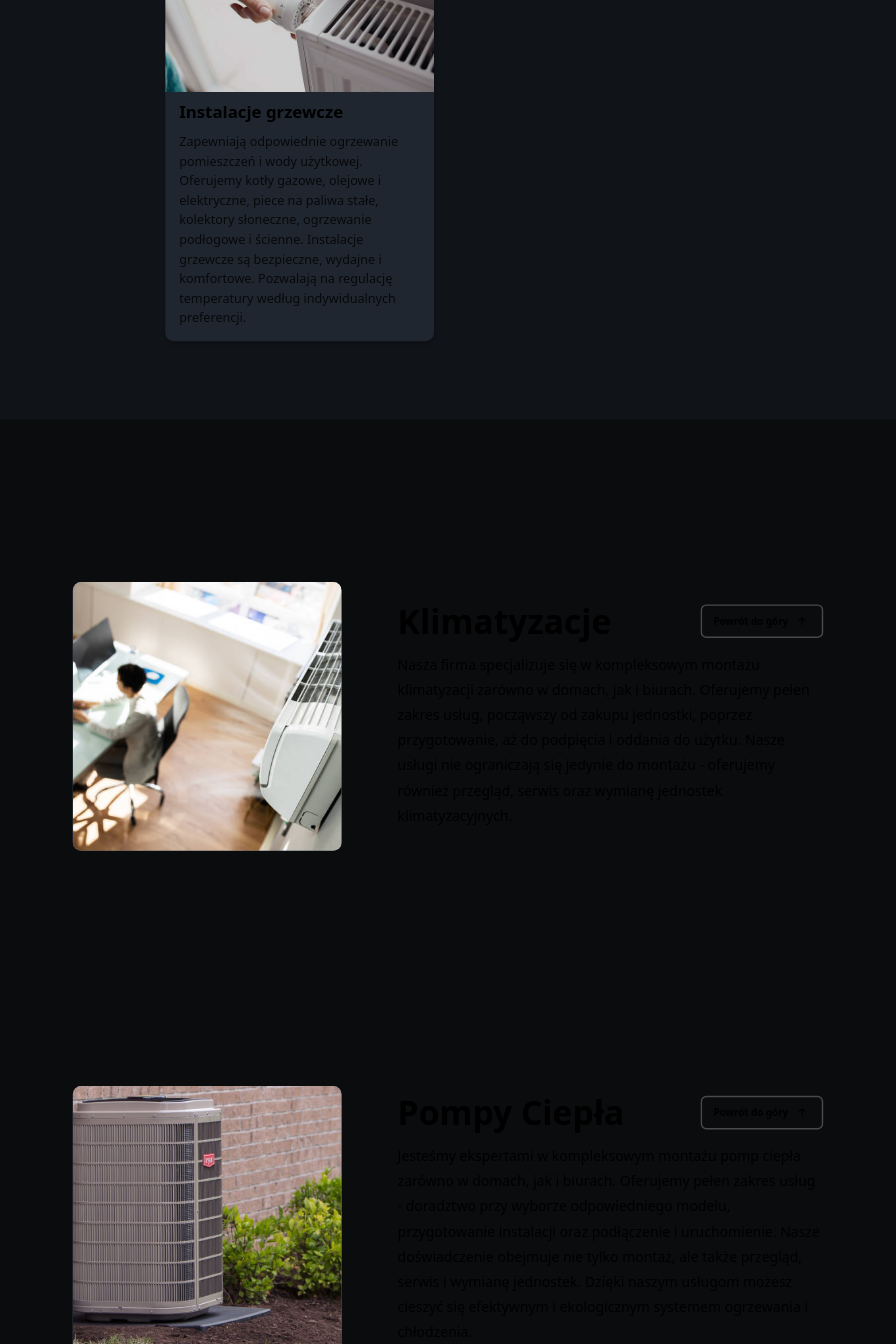
Repository: piotrokrutniak/Fast-CompanyWebsite
Page: /oferta
These files come from the project's save history. The page is drawn as it stood at one moment and after the next save; the edit follows.
The browser window is 1280 px wide. The pictures show the part of the page from y = 1039 to 2959 px (the page is 4530 px tall before and 4306 px after), at 70% of full size.
The project was rebuilt for these pictures with package versions that can differ from the ones it lists, and the page was loaded fresh each time. The framework's server and built-in components were replaced by stand-ins that run in the browser. Also part of the build but not shown: next.config.js.

Above is the page before, as saved 2023-10-22 16:05:11.

### src/app/layout.js
import FootBar from './components/footbar/footbar'
import Navbar from './components/navbar/navbar'
import QuickContact from './components/quickContact'
import './globals.css'
import { Inter } from 'next/font/google'

const inter = Inter({ subsets: ['latin'] })

export const metadata = {
  title: 'Fast - Klimatyzacje Kraków',
  description: 'F.U.H. Fast Jacek Stawowy - Klimatyzacje Kraków-Niepołomice',
}

export default function RootLayout({ children }) {
  return (
    <html lang="pl" className="!scroll-smooth">
      <body className='bg-black min-w-mobile overflow-x-clip'>
        <div className='bg-slate-500/10 min-h-screen relative'>
          <Navbar/>
          {children}
          <QuickContact/>
          <FootBar/>
        </div>
      </body>
    </html>
  )
}

### src/app/(pages)/oferta/page.js
import Image from "next/image"
import img1 from "../../media/img/air-conditioning.jpg"
import img2 from "../../media/img/heat-pump-2.jpg"
import img3 from "../../media/img/heating.jpg"
import SimplePanel from "@/app/components/common/simplePanel"
import Link from "next/link"
import ButtonBase from "@/app/components/common/buttonBase"
import { BsArrowUpShort } from "react-icons/bs"

export default function Oferta(){
    return(
        <main className="min-h-screen">
            <section id="oferty" className="m-auto">
                <div className="sm:p-16 max-w-7xl m-auto p-5">
                    <h1 className="mb-5 pb-5 text-4xl font-semibold border-b-2 border-slate-600/30"> Nasza oferta </h1>
                    <h3 className="text-lg sm:text-2xl font-normal leading-relaxed"> W naszej ofercie znajdziecie państwo usługi z zakresu hydrauliki i instalacji sanitarnych a także zakresu klimatyzacji i wentylacji.</h3>
                </div>

                <div className="bg-slate-600/10 lg:py-28 p-2 py-10">
                    <div className="w-fit grid lg:grid-cols-2 2xl:grid-cols-3 max-w-7xl m-auto gap-10 lg:gap-10 items-stretch">
                        <Card scrollTo="#klimatyzacja" image={img1} title="Klimatyzacje" desc="Zapewniają optymalną temperaturę i wilgotność powietrza, poprawiają jakość powietrza i komfort termiczny."/>
                        <Card scrollTo="#pompy" image={img2} title="Pompy Ciepła" desc="Wykorzystują odnawialne źródła energii do ogrzewania i chłodzenia pomieszczeń oraz podgrzewania wody użytkowej."/>
                        <Card scrollTo="#ogrzewanie" image={img3} title="Instalacje grzewcze" desc="Zapewniają odpowiednie ogrzewanie pomieszczeń i wody użytkowej. Oferujemy kotły gazowe, olejowe i elektryczne, piece na paliwa stałe, kolektory słoneczne, ogrzewanie podłogowe i ścienne. Instalacje grzewcze są bezpieczne, wydajne i komfortowe. Pozwalają na regulację temperatury według indywidualnych preferencji."/>
                    </div>
                </div>
            </section>
            <section id="informacje" className="max-w-7xl m-auto sm:p-16">
                <SimplePanel button={<ScrollTopButton/>} id="klimatyzacja" title="Klimatyzacje" desc="Nasza firma specjalizuje się w kompleksowym montażu klimatyzacji zarówno w domach, jak i biurach. Oferujemy pełen zakres usług, począwszy od zakupu jednostki, poprzez przygotowanie, aż do podpięcia i oddania do użytku. Nasze usługi nie ograniczają się jedynie do montażu - oferujemy również przegląd, serwis oraz wymianę jednostek klimatyzacyjnych." img={img1}/>
                <SimplePanel button={<ScrollTopButton/>} id="pompy" title="Pompy Ciepła" desc="Jesteśmy ekspertami w kompleksowym montażu pomp ciepła zarówno w domach, jak i biurach. Oferujemy pełen zakres usług - doradztwo przy wyborze odpowiedniego modelu, przygotowanie instalacji oraz podłączenie i uruchomienie. Nasze doświadczenie obejmuje nie tylko montaż, ale także przegląd, serwis i wymianę jednostek. Dzięki naszym usługom możesz cieszyć się efektywnym i ekologicznym systemem ogrzewania i chłodzenia." img={img2}/>
                <SimplePanel button={<ScrollTopButton/>} id="ogrzewanie" title="Ogrzewanie Centralne" desc="Posiadamy wieloletnie doświadczenie w kompleksowym montażu systemów ogrzewania centralnego, zarówno w domach, jak i budynkach komercyjnych. Nasza firma jest doskonale zaznajomiona z branżą i oferuje pełen zakres usług - doradztwo przy wyborze odpowiedniego systemu, projektowanie instalacji, montaż oraz uruchomienie. Nie ograniczamy się tylko do instalacji - zapewniamy również przegląd, serwis oraz modernizację istniejących systemów. Dzięki naszym usługom możesz mieć pewność, że Twój system ogrzewania centralnego będzie efektywny i zapewni Ci komfort przez wiele lat." img={img3}/>
            </section>
        </main>
    )
}

function Card({...props}){
    return(

        <div className="lg:w-96 bg-slate-600/30 hover:bg-slate-600/50 rounded-xl min-w-fit flex flex-col overflow-hidden shadow-md lg:hover:-translate-y-4 shadow-black/20 transition-all">
            <Link href={props.scrollTo}>
                <div className="lg:h-64 h-screen-1/2 w-full bg-black/20 relative cursor-pointer">
                    <Image src={props.image} layout='fill' objectFit='cover' className='z-0 opacity-80'/>
                </div>
            </Link>
            <div className="px-5 py-3 text-2xl font-semibold">{props.title ?? "Title" }</div>
            <div className="px-5 pb-5 text-lg opacity-80">{props.desc ?? "Description" }</div>
        </div>
    )
}

function ScrollTopButton(){
    return(
        <Link href="#">
            <ButtonBase text="Powrót do góry" color="black" icon={<BsArrowUpShort className="w-6 h-6"/>} className="px-2 h-12 border-solid border-2 border-white/25 hover:border-white w-fit"/>
        </Link>
    )
}

### src/app/components/footbar/footbar.js
import Link from "next/link";

export default function FootBar(){
    return(
        <footer className="bg-slate-500/5 mt-20">
            <div className="max-w-7xl w-full max-sm:px-5 p-10 flex gap-8 sm:gap-20 m-auto">
                <div className="flex flex-col gap-3">
                    <h1 className="font-bold text-2xl md:text-3xl">Jacek Stawowy</h1>
                    <h2 className="font-semibold text-xl">Kraków</h2>
                    <h2 className="font-thin text-xl">NIP: 6791924300</h2>
                </div>

                <div className="flex flex-col gap-3">
                    <h1 className="font-bold text-2xl md:text-3xl">Kontakt</h1>
                    <h2 className="font-thin text-xl">Telefon:
                    <Link href={"tel:+48 509 012 407"} className="cursor-pointer hover:text-emerald-200">
                        <p className="whitespace-nowrap">
                            +48 509 012 407
                        </p>
                    </Link>
                    </h2>
                    <h2 className="font-thin text-xl">Email:
                    <Link href={"email:fast@firma.pl"} className="cursor-pointer hover:text-emerald-200">
                        <p className="whitespace-nowrap">
                            fast@firma.pl
                        </p>
                    </Link>
                    </h2>
                    <h2 className="font-thin text-xl">Pon-Pt 8.00-19.00</h2>
                </div>
            </div>
            <div className="bg-black flex p-10 ">
                <div className="xs:m-auto w-fit">
                    © Piotr Okrutniak 2022
                </div>
            </div>
        </footer>
    )
}

### src/app/components/navbar/navbar.js
"use client";
import { useState } from "react";
import ButtonBase from "../common/buttonBase";
import AcLogo from "../icons/ac";
import {BsList, BsXLg} from "react-icons/bs";
import Link from "next/link";

export default function Navbar(){
    const [mobileOpen, setMobileOpen] = useState(false)

    return(
        <nav className="sticky bg-black top-0 w-full py-3 px-5 sm:px-3  z-50">
            <div className="flex justify-between mx-auto max-w-7xl h-auto align-middle">
                <Link href="/">
                    <div className="text-white text-4xl font-bold hover:cursor-pointer flex gap-2 align-middle
                        hover:text-emerald-200 hover:fill-emerald-200 fill-white active:opacity-90 transition-all">
                        <AcLogo className="h-10 w-10 top-px relative"/>
                        FAST
                    </div>
                </Link>
                <div className="align-middle gap-5 text-black transition-all ease-in hidden sm:flex">
                    <Link href="/oferta">
                        <ButtonBase text="Oferta" color="bg-transparent" className="hover:bg-slate-400/25 text-white"  onClick={() => setMobileOpen(false)}/>
                    </Link>
                    <Link href="/kontakt">
                        <ButtonBase text="Kontakt" color="bg-transparent" className="hover:bg-slate-400/25 text-white"  onClick={() => setMobileOpen(false)}/>
                    </Link>
                    <Link href="/realizacje">
                        <ButtonBase text="Realizacje" color="bg-transparent" className="hover:bg-slate-400/25 text-white"  onClick={() => setMobileOpen(false)}/>
                    </Link>
                </div>
                <div className=" sm:hidden flex">
                    <BsList className="h-12 w-12 cursor-pointer hover:fill-emerald-200 active:opacity-90" onClick={() => setMobileOpen(true)}/>
                </div>
            </div>

            <div className={`${mobileOpen ? "" : "translate-x-full"} absolute w-screen h-screen bg-black left-0 top-0 sm:hidden transition-all`}>
                <div id="mobile-header" className="flex p-3 cursor-pointer" onClick={() => setMobileOpen(false)}>
                    <BsXLg className="w-14 h-14 p-2 hover:fill-emerald-200 active:opacity-70 absolute right-4"/>
                </div>
                <div id="mobile-list" className="flex flex-col w-full gap-8 justify-center text-xl px-5 py-32">
                    <Link href="/kontakt" onClick={() => setMobileOpen(false)}>
                        <ButtonBase text="Kontakt" className="w-full py-6 px-10 bg-gradient-to-br hover:from-sky-500 hover:to-emerald-200 self-center" color="bg-slate-500/25"/>
                    </Link>
                    <Link href="/oferta" onClick={() => setMobileOpen(false)}>
                        <ButtonBase text="Oferta" className="w-full py-6 px-10 bg-gradient-to-br hover:from-sky-500 hover:to-emerald-200 self-center" color="bg-slate-500/25"/>
                    </Link>
                    <Link href="/realizacje" onClick={() => setMobileOpen(false)}>
                        <ButtonBase text="Realizacje" className="w-full py-6 px-10 bg-gradient-to-br hover:from-sky-500 hover:to-emerald-200 self-center" color="bg-slate-500/25"/>
                    </Link>
                    <Link href="/" onClick={() => setMobileOpen(false)}>
                        <ButtonBase text="Strona Główna" className="w-full py-6 px-10 bg-gradient-to-br hover:from-sky-500 hover:to-emerald-200 self-center" color="bg-slate-500/25"/>
                    </Link>
                </div>
                <div className="p-10 justify-self-center w-full text-center bottom-0 absolute">
                    © Piotr Okrutniak 2022
                </div>
            </div>
        </nav>
    )
}

### src/app/components/quickContact.js
"use client";

import Link from "next/link";
import { useState } from "react"
import {BsChevronDoubleRight, BsPhone} from "react-icons/bs"

export default function QuickContact(){
    const [folded, setFolded] = useState(true)

    function Transition(){
        setFolded((old) => !old)
    }

    return(
        <div className="bg-gradient-to-br from-sky-500 to-emerald-200 rounded-xl w-fit sm:p-5 p-3 text-base
            font-normal shadow-md shadow-black/50 fixed right-5 bottom-5 flex items-center gap-4 transition-all ease-in-out whitespace-nowrap">
            <BsChevronDoubleRight className={`${folded ? "rotate-180" : "rotate-0"} transition-all ease-in h-8 w-8 cursor-pointer active:opacity-60 select-none`}
                onClick={() => Transition()}/>
            <div className="flex gap-2">
                <p className={`${folded ? "w-0" : "w-72 max-sm:w-44"} overflow-hidden transition-all ease-in flex max-sm:flex-col`}><p>Skontaktuj się z nami:</p> <Link href={"tel:+48 509 012 407"} className="cursor-pointer">+48 509 012 407</Link></p>
                <BsPhone className="h-7 w-7 animate-bounce self-center"/>
            </div>
        </div>
    )
}

### src/app/globals.css
@import 'tailwindcss/base';
@import 'tailwindcss/components';
@import 'tailwindcss/utilities';

:root {

}

@media (prefers-color-scheme: dark) {
  :root {
    --foreground-rgb: 255, 255, 255;
    scroll-behavior: smooth;
  }
}

body {
  color: rgb(var(--foreground-rgb));
  background: linear-gradient(
      to bottom,
      transparent,
      rgb(var(--background-end-rgb))
    )
    rgb(var(--background-start-rgb));
}

@layer base {
  html {
    scroll-behavior: smooth;
  }
}

### src/app/components/common/simplePanel.js
import Image from "next/image";
import ButtonBase from "./buttonBase";


export default function SimplePanel({...props}){
    return(
        <section id={props.id} className="z-10 w-full items-center justify-between text-sm lg:flex p-10 max-xs:p-5">
            <div className='max-w-7xl m-auto flex gap-20 py-10 sm:py-32 align-middle h-full max-md:flex-col-reverse max-lg:gap-10'>
            <div className='w-96 h-64 sm:h-96 shrink-0 bg-slate-500 rounded-xl relative self-center max-md:w-full overflow-clip'>
                <Image src={props.img} layout='fill' objectFit='cover'/>
            </div>
            <div className='relative self-center w-full'>
                <div className='flex justify-between gap-5 max-lg:flex-col mb-5'>
                <h1 className='text-5xl font-semibold max-sm:text-3xl'>{props.title ?? "Title"}</h1>
                    {props.button ?? ""}
                </div>
                <h2 className='text-xl font-thin leading-9 max-sm:text-lg'>{props.desc ?? "Description"}</h2>
            </div>
            </div>
        </section>
    )
}

### src/app/components/common/buttonBase.js
export default function ButtonBase({...props}){
    return(
        <button className={`${props.className} ${props.color ?? "bg-sky-500"} py-3 px-4 rounded-lg font-semibold active:opacity-80 flex items-center gap-2 whitespace-nowrap transition-all`}
            onClick={props.onClick}>
            {props.text} {props.icon ?? ""}
        </button>
    )
}

### src/app/components/icons/ac.js
export default function AcLogo({...props}){
    return(
        <svg
            xmlns="http://www.w3.org/2000/svg"
            xmlSpace="preserve"
            width={800}
            height={800}
            viewBox="0 0 507.802 507.802"
            {...props}
        >
            <path d="M465.7 47.901H42.3c-23.3 0-42.3 18.9-42.3 42.3v313.3c0 23.3 19 42.3 42.3 42.3h16.1c0 7.8 6.3 14.1 14.1 14.1H139c7.8 0 14.1-6.3 14.1-14.1h201.6c0 7.8 6.3 14.1 14.1 14.1h66.5c7.8 0 14.1-6.3 14.1-14.1h16.1c23.3 0 42.3-19 42.3-42.3v-313.3c.2-23.4-18.8-42.3-42.1-42.3zm0 369.7H42.3c-7.8 0-14.1-6.3-14.1-14.1v-313.3c0-7.8 6.3-14.1 14.1-14.1h423.3c7.8 0 14.1 6.3 14.1 14.1v313.3h.1c0 7.8-6.3 14.1-14.1 14.1z" />
            <path d="M435.6 107.801H391c-7.8 0-14.1 6.3-14.1 14.1s6.3 14.1 14.1 14.1h44.6c7.8 0 14.1-6.3 14.1-14.1s-6.3-14.1-14.1-14.1zM435.6 161.601H391c-7.8 0-14.1 6.3-14.1 14.1s6.3 14.1 14.1 14.1h44.6c7.8 0 14.1-6.3 14.1-14.1s-6.3-14.1-14.1-14.1zM435.6 215.301H391c-7.8 0-14.1 6.3-14.1 14.1s6.3 14.1 14.1 14.1h44.6c7.8 0 14.1-6.3 14.1-14.1s-6.3-14.1-14.1-14.1zM435.6 269.101H391c-7.8 0-14.1 6.3-14.1 14.1s6.3 14.1 14.1 14.1h44.6c7.8 0 14.1-6.3 14.1-14.1s-6.3-14.1-14.1-14.1zM198.3 99.701c-81.1 0-147.1 66-147.1 147.1s66 147.1 147.1 147.1 147.1-66 147.1-147.1-66-147.1-147.1-147.1zm-80.9 233.9c-2-1.9-3.9-3.8-5.8-5.8h5.8v5.8zm0-34H92c-5.9-11.9-10-24.9-11.6-38.6h37v38.6zm0-66.9h-37c1.6-13.7 5.6-26.7 11.6-38.6h25.4v38.6zm0-66.8h-5.8c1.9-2 3.8-3.9 5.8-5.8v5.8zm66.8 198.9c-13.7-1.6-26.7-5.7-38.6-11.6v-25.4h38.6v37zm0-65.2h-38.6v-38.6h38.6v38.6zm0-66.9h-38.6v-38.6h38.6v38.6zm0-66.8h-38.6v-25.4c11.9-5.9 24.9-10 38.6-11.6v37zm95.1-5.8c2 1.9 3.9 3.8 5.8 5.8h-5.8v-5.8zm0 34h25.4c5.9 11.9 10 24.9 11.6 38.6h-37v-38.6zm-28.2 159.1c-11.9 5.9-24.9 10-38.6 11.6v-37h38.6v25.4zm0-53.6h-38.6v-38.6h38.6v38.6zm0-66.9h-38.6v-38.6h38.6v38.6zm0-66.8h-38.6v-37c13.7 1.6 26.7 5.7 38.6 11.6v25.4zm28.2 167.7v-5.8h5.8c-1.9 2-3.8 4-5.8 5.8zm0-34v-38.6h37c-1.6 13.7-5.7 26.7-11.6 38.6h-25.4z" />
        </svg>
    )
}

### tailwind.config.js
/** @type {import('tailwindcss').Config} */
module.exports = {
  mode: 'jit',
  content: [
    './src/pages/**/*.{js,ts,jsx,tsx,mdx}',
    './src/components/**/*.{js,ts,jsx,tsx,mdx}',
    './src/app/**/*.{js,ts,jsx,tsx,mdx}',
  ],
  theme: {
    extend: {
      backgroundImage: {
        'gradient-radial': 'radial-gradient(var(--tw-gradient-stops))',
        'gradient-conic':
          'conic-gradient(from 180deg at 50% 50%, var(--tw-gradient-stops))',
      },
      height:{
        'screen-1/2': '50vh',
        'screen-1/4': '25vh',
        'screen-3/4': '75vh',
        'screen-3/5': '60vh',
        'screen-2/3': '66vh',
        'screen-1/3': '33vh',
        '112': '28rem',
        '128': '32rem',
      },
      minHeight:{
        'screen-1/2': '50vh',
        'screen-1/4': '25vh',
        'screen-3/4': '75vh',
        'screen-2/3': '66vh',
        'screen-1/3': '33vh',
        '112': '28rem',
        '128': '32rem',
      },
      width:{
        '112': '28rem',
        '128': '32rem',
      },
      colors:{
        "emerald":{
          "50": "#b0fde8",
          "100": "#60FBD2",
          "200": "#24F9C1",
          "400": "#06EFB1",
          "500": "#06d6a0",
        }
      },
      minWidth:{
        'mobile': '360px',
        '54': '258px',
      },
      screens:{
        'xs': '580px',
        '850': '850px',
      },
    },
  },
  plugins: [],
}

After the next save:
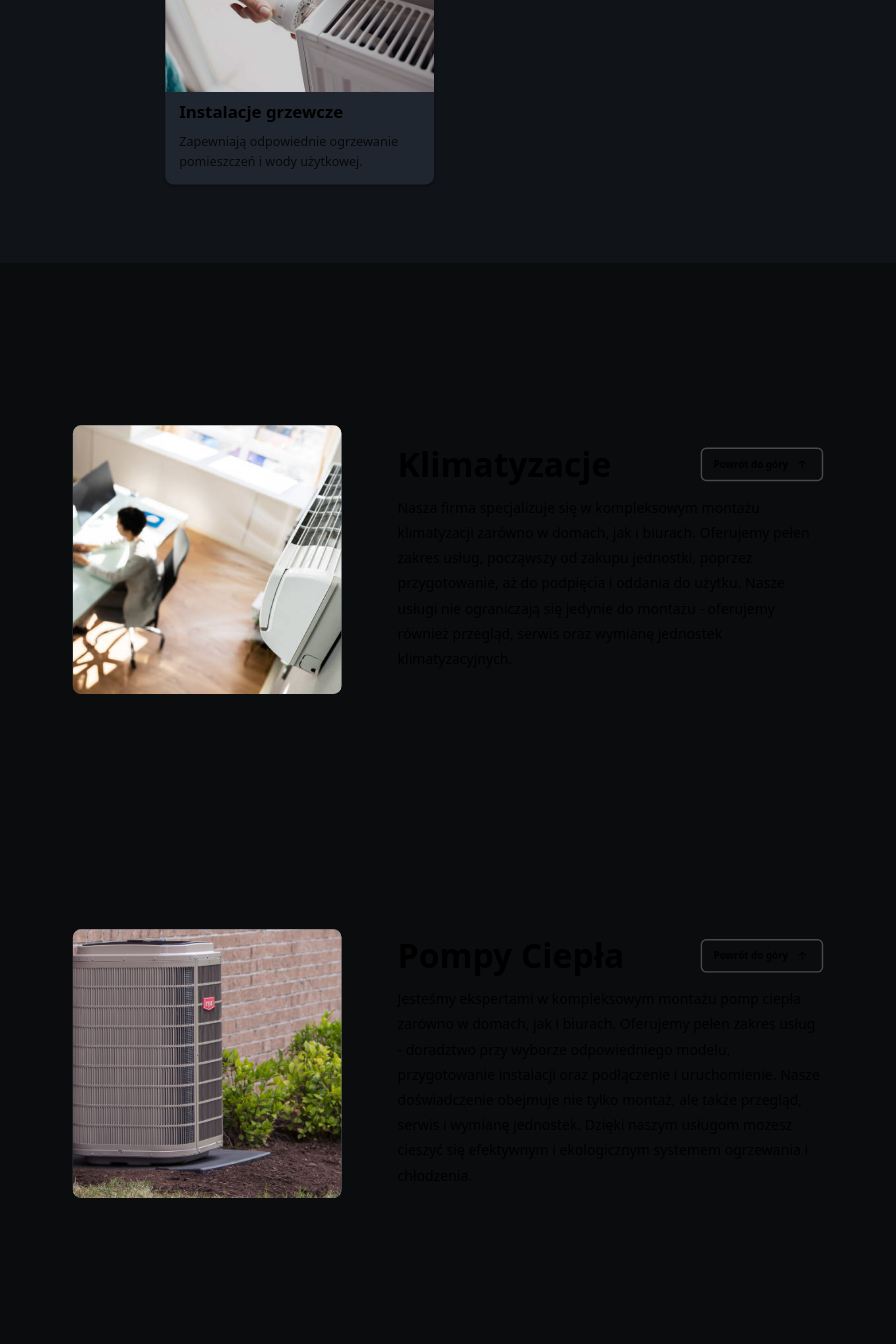
Saved 12 s later.
--- a/src/app/(pages)/oferta/page.js
+++ b/src/app/(pages)/oferta/page.js
@@ -20,7 +20,7 @@ export default function Oferta(){
                     <div className="w-fit grid lg:grid-cols-2 2xl:grid-cols-3 max-w-7xl m-auto gap-10 lg:gap-10 items-stretch">
                         <Card scrollTo="#klimatyzacja" image={img1} title="Klimatyzacje" desc="Zapewniają optymalną temperaturę i wilgotność powietrza, poprawiają jakość powietrza i komfort termiczny."/>
                         <Card scrollTo="#pompy" image={img2} title="Pompy Ciepła" desc="Wykorzystują odnawialne źródła energii do ogrzewania i chłodzenia pomieszczeń oraz podgrzewania wody użytkowej."/>
-                        <Card scrollTo="#ogrzewanie" image={img3} title="Instalacje grzewcze" desc="Zapewniają odpowiednie ogrzewanie pomieszczeń i wody użytkowej. Oferujemy kotły gazowe, olejowe i elektryczne, piece na paliwa stałe, kolektory słoneczne, ogrzewanie podłogowe i ścienne. Instalacje grzewcze są bezpieczne, wydajne i komfortowe. Pozwalają na regulację temperatury według indywidualnych preferencji."/>
+                        <Card scrollTo="#ogrzewanie" image={img3} title="Instalacje grzewcze" desc="Zapewniają odpowiednie ogrzewanie pomieszczeń i wody użytkowej."/>
                     </div>
                 </div>
             </section>
